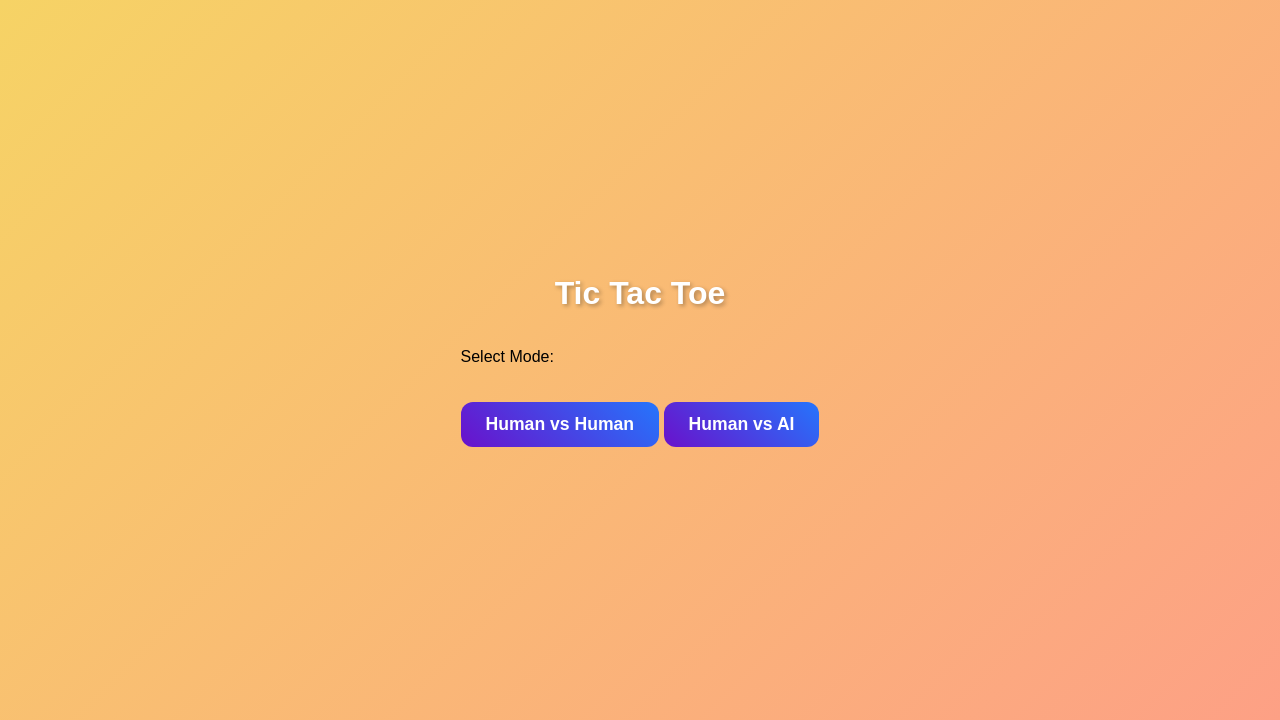
Repository: harshini0304/PRODIGY_WD_03
Page: index.html
These files come from the project's save history. The page is drawn as it stood at one moment and after the next save; the edit follows.
The browser window is 1280 px wide. The pictures show the whole page.

Above is the page before, as saved 2025-09-09 22:49:15.

### index.html
<!DOCTYPE html>
<html lang="en">
<head>
  <meta charset="UTF-8" />
  <meta name="viewport" content="width=device-width, initial-scale=1.0"/>
  <title>Tic Tac Toe</title>
  <link rel="stylesheet" href="style.css" />
</head>
<body>
  <h1>Tic Tac Toe</h1>

  <!-- Mode Selection -->
  <div id="mode">
    <p>Select Mode:</p>
    <button onclick="startGame('human')">Human vs Human</button>
    <button onclick="startGame('ai')">Human vs AI</button>
  </div>

  <!-- Game Board -->
  <div id="board" style="display:none;"></div>

  <!-- Game Status -->
  <div id="status"></div>

  <!-- Play Again Options -->
  <div id="playAgain" style="display:none;">
    <button onclick="restartGame()">Yes</button>
    <button onclick="switchMode()">No / Switch Mode</button>
  </div>

  <script src="script.js"></script>
</body>
</html>

### style.css
/* Body & general layout */
body {
  font-family: 'Arial', sans-serif;
  background: linear-gradient(135deg, #f6d365, #fda085);
  display: flex;
  flex-direction: column;
  align-items: center;
  justify-content: center;
  height: 100vh;
  margin: 0;
  padding: 0;
}

h1 {
  margin-bottom: 20px;
  color: #fff;
  text-shadow: 2px 2px 4px rgba(0,0,0,0.3);
}

/* Board styling */
#board {
  display: grid;
  grid-template-columns: repeat(3, 120px);
  grid-template-rows: repeat(3, 120px);
  gap: 10px;
  background: #fff3;
  padding: 10px;
  border-radius: 20px;
  box-shadow: 0 8px 20px rgba(0,0,0,0.3);
}

/* Each cell styling */
.cell {
  width: 120px;
  height: 120px;
  background: #ffffffaa;
  border-radius: 15px;
  border: 3px solid #444;
  font-size: 3rem;
  display: flex;
  align-items: center;
  justify-content: center;
  cursor: pointer;
  transition: all 0.3s ease;
}

/* Hover effect */
.cell:hover {
  background: #fffa;
  transform: scale(1.05);
  box-shadow: 0 4px 15px rgba(0,0,0,0.3);
}

/* Taken cells */
.cell.taken {
  cursor: not-allowed;
  color: #333;
}

/* Status text */
#status {
  margin-top: 20px;
  font-size: 1.5rem;
  font-weight: bold;
  color: #fff;
  text-shadow: 1px 1px 2px rgba(0,0,0,0.4);
}

/* Restart button */
button {
  margin-top: 20px;
  padding: 12px 25px;
  font-size: 1.1rem;
  cursor: pointer;
  border: none;
  border-radius: 12px;
  background: linear-gradient(45deg, #6a11cb, #2575fc);
  color: white;
  font-weight: bold;
  transition: all 0.3s ease;
}

button:hover {
  transform: scale(1.05);
  box-shadow: 0 6px 15px rgba(0,0,0,0.3);
}

/* Winning highlight animation */
.cell.winner {
  background: linear-gradient(45deg, #ff9a9e, #fad0c4);
  color: #fff;
  animation: blink 0.8s infinite alternate;
}

@keyframes blink {
  0% { transform: scale(1); }
  50% { transform: scale(1.1); }
  100% { transform: scale(1); }
}

### script.js
const board = Array(9).fill('');
const human = 'X';
const ai = 'O';
let gameOver = false;
let currentPlayer = human;
let mode = ''; // 'hvh' or 'hva'

const boardContainer = document.getElementById('board');
const statusText = document.getElementById('status');
const modeDiv = document.getElementById('modeSelection');
const playAgainDiv = document.getElementById('playAgain');

// Winning combinations
const winCombos = [
  [0,1,2],[3,4,5],[6,7,8],
  [0,3,6],[1,4,7],[2,5,8],
  [0,4,8],[2,4,6]
];

function startGame(selectedMode) {
  mode = selectedMode;
  currentPlayer = human;
  gameOver = false;
  statusText.textContent = '';
  playAgainDiv.style.display = 'none';
  modeDiv.style.display = 'block'; // keep visible for switching modes
  boardContainer.style.display = 'grid';
  restartBoard();
}

// Create board UI
function createBoard() {
  boardContainer.innerHTML = '';
  board.forEach((val, i) => {
    const cell = document.createElement('div');
    cell.classList.add('cell');
    if (val) {
      cell.textContent = val;
      cell.classList.add('taken');
    }
    cell.addEventListener('click', () => playerMove(i));
    boardContainer.appendChild(cell);
  });
}

function restartBoard() {
  for (let i = 0; i < 9; i++) board[i] = '';
  createBoard();
}

// Check winner
function checkWinner(b, player) {
  return winCombos.some(combo => combo.every(i => b[i] === player));
}

function emptyCells(b) {
  return b.map((v, i) => v === '' ? i : null).filter(v => v !== null);
}

// Minimax AI for Human vs AI mode
function minimax(b, depth, isMax, alpha, beta) {
  if (checkWinner(b, ai)) return 10 - depth;
  if (checkWinner(b, human)) return depth - 10;
  if (emptyCells(b).length === 0) return 0;

  if (isMax) {
    let best = -Infinity;
    for (let i of emptyCells(b)) {
      b[i] = ai;
      let val = minimax(b, depth + 1, false, alpha, beta);
      b[i] = '';
      best = Math.max(best, val);
      alpha = Math.max(alpha, best);
      if (beta <= alpha) break;
    }
    return best;
  } else {
    let best = Infinity;
    for (let i of emptyCells(b)) {
      b[i] = human;
      let val = minimax(b, depth + 1, true, alpha, beta);
      b[i] = '';
      best = Math.min(best, val);
      beta = Math.min(beta, best);
      if (beta <= alpha) break;
    }
    return best;
  }
}

function bestMove() {
  let bestVal = -Infinity;
  let move;
  for (let i of emptyCells(board)) {
    board[i] = ai;
    let val = minimax(board, 0, false, -Infinity, Infinity);
    board[i] = '';
    if (val > bestVal) {
      bestVal = val;
      move = i;
    }
  }
  return move;
}

function playerMove(index) {
  if (board[index] !== '' || gameOver) return;

  if (mode === 'hvh') {
    board[index] = currentPlayer;
    if (checkWinner(board, currentPlayer)) {
      statusText.textContent = `${currentPlayer} Wins 🎉`;
      endGame();
    } else if (emptyCells(board).length === 0) {
      statusText.textContent = "It's a Tie 😐";
      endGame();
    } else {
      currentPlayer = currentPlayer === human ? ai : human;
    }
  } else if (mode === 'hva') {
    board[index] = human;
    if (checkWinner(board, human)) {
      statusText.textContent = "You Win 🎉";
      endGame();
    } else if (emptyCells(board).length === 0) {
      statusText.textContent = "It's a Tie 😐";
      endGame();
    } else {
      let aiIndex = bestMove();
      board[aiIndex] = ai;
      if (checkWinner(board, ai)) {
        statusText.textContent = "AI Wins 🤖";
        endGame();
      } else if (emptyCells(board).length === 0) {
        statusText.textContent = "It's a Tie 😐";
        endGame();
      }
    }
  }

  createBoard();
}

function endGame() {
  gameOver = true;
  playAgainDiv.style.display = 'block';
}

// Restart current mode
function restartGame() {
  gameOver = false;
  currentPlayer = human;
  statusText.textContent = '';
  playAgainDiv.style.display = 'none';
  restartBoard();
}

// Switch mode
function switchMode() {
  gameOver = false;
  currentPlayer = human;
  statusText.textContent = '';
  playAgainDiv.style.display = 'none';
  boardContainer.style.display = 'none';
  restartBoard();
}

After the next save:
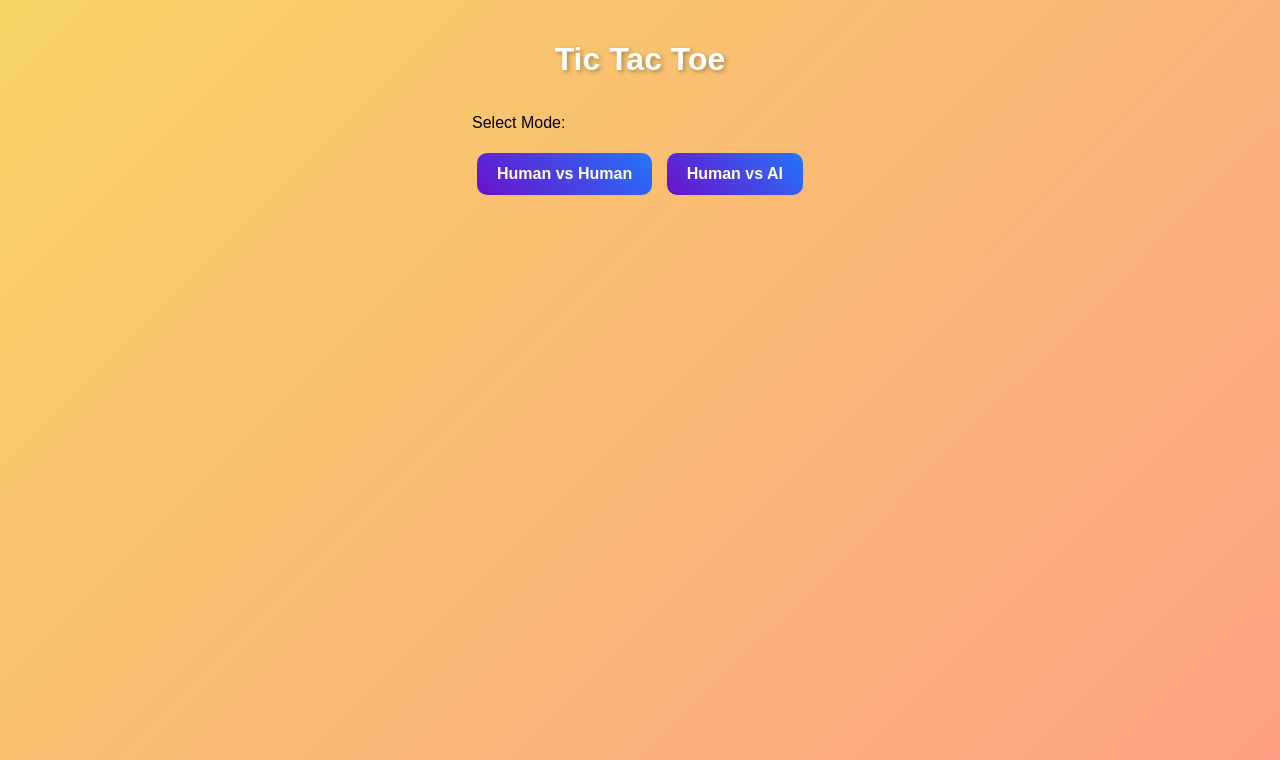
Saved 8 s later.
--- a/style.css
+++ b/style.css
@@ -5,16 +5,39 @@ body {
   display: flex;
   flex-direction: column;
   align-items: center;
-  justify-content: center;
+  justify-content: flex-start;
   height: 100vh;
   margin: 0;
-  padding: 0;
+  padding: 20px;
 }
 
 h1 {
   margin-bottom: 20px;
   color: #fff;
   text-shadow: 2px 2px 4px rgba(0,0,0,0.3);
+}
+
+/* Mode buttons */
+#mode {
+  margin-bottom: 20px;
+}
+
+#mode button {
+  margin: 5px;
+  padding: 12px 20px;
+  border: none;
+  border-radius: 10px;
+  background: linear-gradient(45deg, #6a11cb, #2575fc);
+  color: white;
+  font-weight: bold;
+  font-size: 1rem;
+  cursor: pointer;
+  transition: transform 0.3s, box-shadow 0.3s;
+}
+
+#mode button:hover {
+  transform: scale(1.05);
+  box-shadow: 0 6px 15px rgba(0,0,0,0.3);
 }
 
 /* Board styling */
@@ -44,14 +67,12 @@ h1 {
   transition: all 0.3s ease;
 }
 
-/* Hover effect */
 .cell:hover {
   background: #fffa;
   transform: scale(1.05);
   box-shadow: 0 4px 15px rgba(0,0,0,0.3);
 }
 
-/* Taken cells */
 .cell.taken {
   cursor: not-allowed;
   color: #333;
@@ -64,11 +85,19 @@ h1 {
   font-weight: bold;
   color: #fff;
   text-shadow: 1px 1px 2px rgba(0,0,0,0.4);
+  text-align: center;
 }
 
-/* Restart button */
-button {
-  margin-top: 20px;
+/* Play Again buttons */
+#playAgain {
+  display: none;
+  margin-top: 15px;
+  justify-content: center;
+  gap: 10px;
+}
+
+#playAgain button {
+  margin: 5px;
   padding: 12px 25px;
   font-size: 1.1rem;
   cursor: pointer;
@@ -80,12 +109,12 @@ button {
   transition: all 0.3s ease;
 }
 
-button:hover {
+#playAgain button:hover {
   transform: scale(1.05);
   box-shadow: 0 6px 15px rgba(0,0,0,0.3);
 }
 
-/* Winning highlight animation */
+/* Winning highlight */
 .cell.winner {
   background: linear-gradient(45deg, #ff9a9e, #fad0c4);
   color: #fff;
